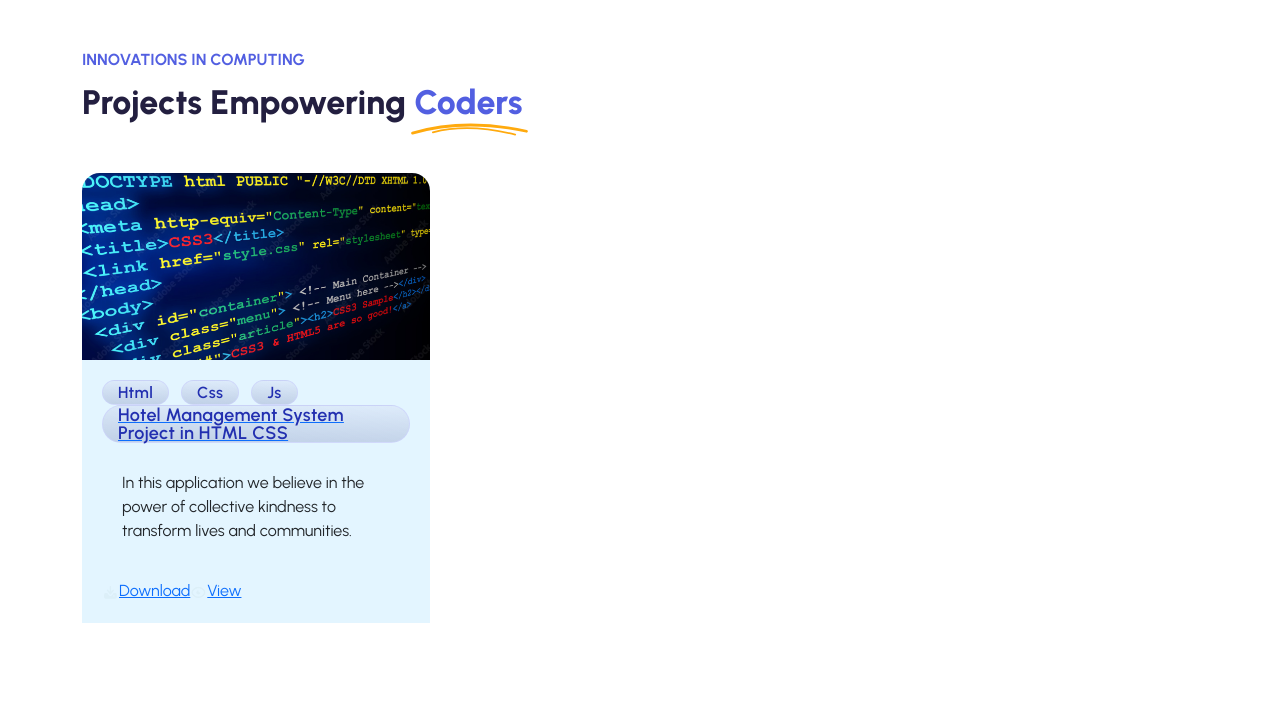
Repository: sharma171/jtccreativeideas
Page: /newsection (app in nextjssite/)
An editor plug-in stored every save of this project. The page is shown before and after the next save, followed by the edit.
The browser window is 1280 px wide. The pictures show the whole page.
The project was rebuilt for these pictures with package versions that can differ from the ones it lists, and the page was loaded fresh each time. The framework's server and built-in components were replaced by stand-ins that run in the browser. Also part of the build but not shown: nextjssite/next.config.mjs.

Above is the page before, as saved 2024-03-28 13:15:25.

### nextjssite/src/app/layout.js
// import { Inter } from "next/font/google";
// import "./globals.css";
import 'bootstrap/dist/css/bootstrap.min.css';

// const inter = Inter({ subsets: ["latin"] });

export const metadata = {
  title: "Create Next App",
  description: "Generated by create next app",
};

 const RootLayout = ({ children }) => {
  return (
    <html lang="en">
      <body>
        {/* Layout UI */}
        <main>{children}</main>
      </body>
    </html>
  )
}
export default RootLayout;

### nextjssite/src/app/newsection/page.jsx
import React from 'react'
import "./page.css"
import Headicon from "./after-head-icon.svg"
import Image from 'next/image'
import Link from 'next/link'
import Projimg1 from './images/projsection1.png'
import Projimg2 from './images/projsection2.png'
import Projimg3 from './images/projsection3.png'
import Downloadicon from './images/Download-icon.svg'
import Viewicon from './images/view-icon.svg'
const Page = () => {
    return(
        <>
        <section className="projects">
            <div className="container">
                <div className="col-flex main-head">
                    <h5 class="small-head">Innovations in Computing</h5>
                    <h3 className="bghead">Projects Empowering <span>Coders
                        <Image src={Headicon}></Image></span></h3>
                </div>
                <ul className="row-flex project-cards">
                    <li>

                            <div className="card-inner">
                                <Image src={Projimg1} alt="project" className="thumb"></Image>
                                <div className="info">
                                    <div className="tech-info">
                                        <span>Html</span>
                                        <span>Css</span>
                                        <span>Js</span>
                                    </div>
                                    <Link href="/newsection">
                                    <h3 className="heading">
                                        Hotel Management System Project in HTML CSS
                                    </h3>
                                    </Link>
                                    <p className="info">
                                        In this application we believe in the power of collective kindness to transform lives and communities.
                                    </p>
                                    <div className="card-button">
                                        <a href="" className="bot-button">
                                            <Image src={Downloadicon} alt='icon'></Image>
                                            Download
                                        </a>
                                        <a href="" className="bot-button">
                                            <Image src={Viewicon} alt='icon'></Image>
                                            View
                                        </a>
                                    </div>
                                </div>
                            </div>
                    </li>
                </ul>
            </div>
        </section>
        </>
    )
}
export default Page;

### nextjssite/src/app/newsection/page.css
@import url('https://fonts.googleapis.com/css2?family=Urbanist:ital,wght@0,100..900;1,100..900&display=swap');
* {
    font-family: "Urbanist", sans-serif;
    font-optical-sizing: auto;
}

section.projects {
    padding: 50px 0;
}
.main-head .small-head {
    color: #525fe1;
    font-size: 16px;
    font-weight: 700;
    text-transform: uppercase;
}
.main-head .bghead {
    color: #231f40;
    font-size: 34px;
    line-height: 1.5em;
    font-weight: 800;
}
.main-head .bghead span {
    color: #525fe1;
    position: relative;
}
.main-head .bghead span img {
    position: absolute;
    top: 100%;
    left: -5.9999999999999964px;
    width: 122.29999999999994px;
    height: 12.600000000000012px;
}
.project-cards {
    padding: 0;
    margin: 45px 0;
    list-style: none;
}
.project-cards li {
    width: calc(33.33333333333333% - 24px);
    border-top-left-radius: 18px;
    border-top-right-radius: 18px;
    background: #E3F5FF;
}
.project-cards li .card-inner {
    display: flex;
    flex-direction: column;
    width: 100%;
    border-top-left-radius: 18px;
    border-top-right-radius: 18px;
}
.project-cards li .card-inner .thumb {
    width: 100%;
    max-width: 100%;
    height: auto;
    object-fit: cover;
    border-top-left-radius: 18px;
    border-top-right-radius: 18px;
}
.project-cards li .card-inner .info {
    padding: 20px 20px;
    display: flex;
    flex-direction: column;
}

.project-cards li .card-inner .info .tech-info {
    display: flex;
    flex-direction: row;
    align-items: center;
    gap: 12px;
}
.project-cards li .card-inner .info .tech-info span {
    height: 25px;
    font-size: 16px;
    color: #222FB0;
    padding: 0 15px;
    font-weight: 600;
    letter-spacing: 0.3px;
    line-height: 16px;
    background: linear-gradient(181deg, #d2d7f152, #C0D0E7);
    align-content: center;
    border-radius: 19px;
    border: 1px solid #ccd3fbc2;
}
.project-cards li .card-inner .info .heading {
    font-size: 18px;
    font-weight: 600;
    color: #222FB0;
    padding: 0 15px;
    letter-spacing: 0.3px;
    line-height: 18px;
    background: linear-gradient(181deg, #d2d7f152, #C0D0E7);
    align-content: center;
    border-radius: 19px;
    border: 1px solid #ccd3fbc2;
}

After the next save:
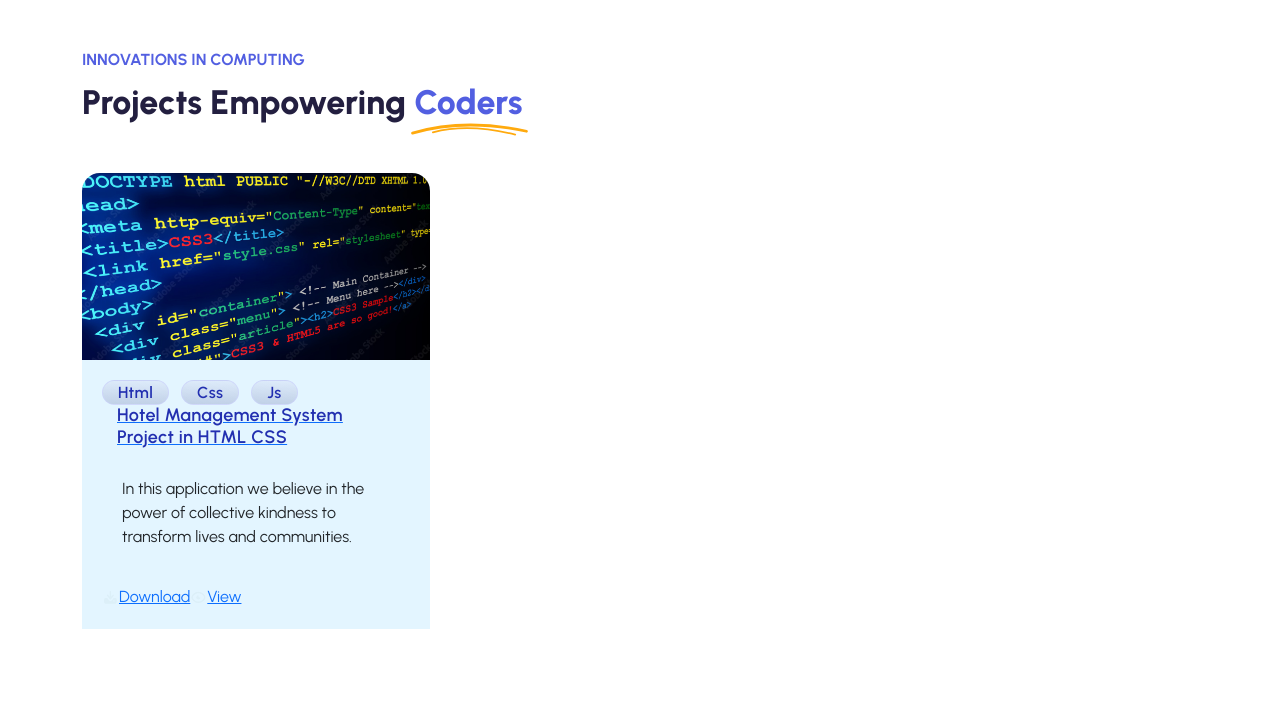
Saved 14 s later.
--- a/nextjssite/src/app/newsection/page.css
+++ b/nextjssite/src/app/newsection/page.css
@@ -87,9 +87,4 @@ section.projects {
     color: #222FB0;
     padding: 0 15px;
     letter-spacing: 0.3px;
-    line-height: 18px;
-    background: linear-gradient(181deg, #d2d7f152, #C0D0E7);
-    align-content: center;
-    border-radius: 19px;
-    border: 1px solid #ccd3fbc2;
 }
